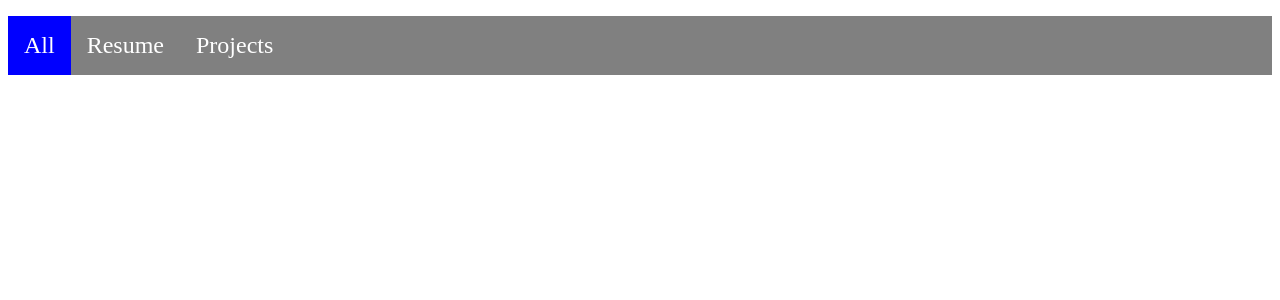
Repository: ChristianCain/ChristianCain.github.io
Page: index.html
The author's editor kept a record of every edit. The page is drawn from the files as they stood at one moment, then again after the next edit.
The browser window is 1280 px wide. The pictures show the whole page.

Above is the page before.

After the next edit:
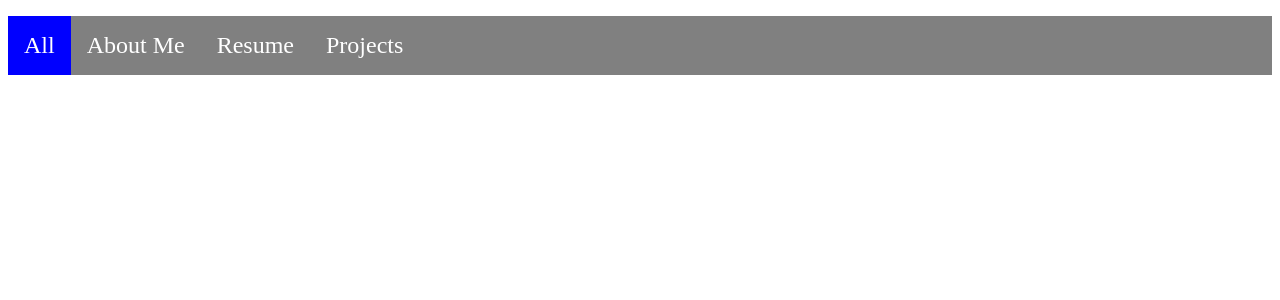
The edit:
--- a/index.html
+++ b/index.html
@@ -10,6 +10,7 @@
     <body>
         <ul class="navbar">
             <li class="active"><a href="index.html">All</a></li>
+            <li><a href="aboutme.html">About Me</a></li>
             <li><a href="resume.html">Resume</a></li>
             <li class = "dropdown"</li>
                 <div>Projects</div>
